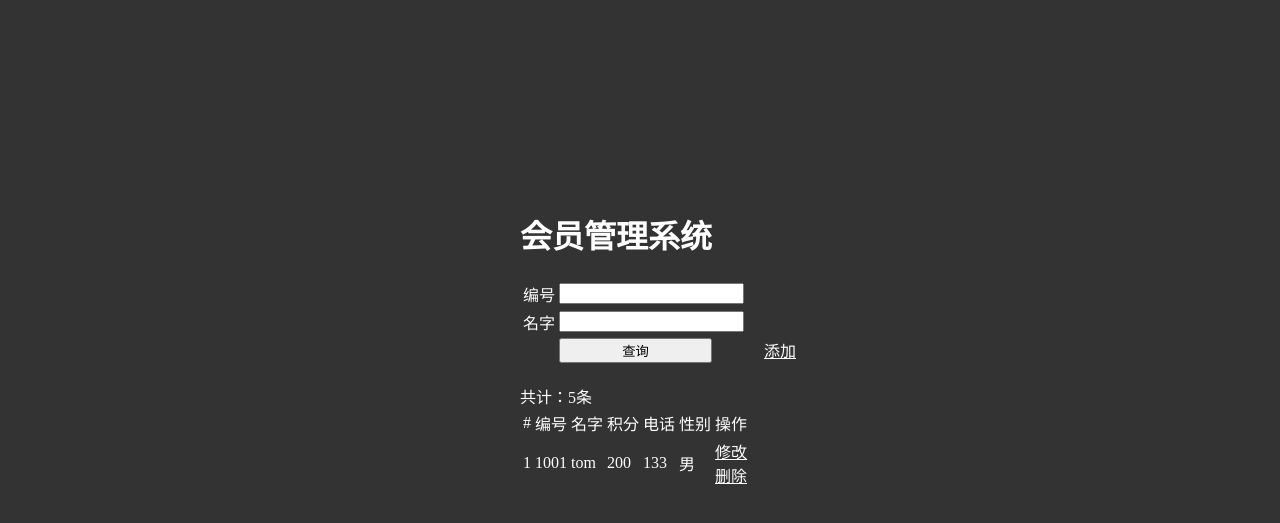
Repository: JasonYan2015/FE-learning-examples
Page: http://localhost/test20160727/home.jsp
The author's editor kept a copy of each file at every save. The page is drawn from the files as they stood at one save, then again after the next save.
The browser window is 1280 px wide. The pictures show the whole page.
The page is served by Tomcat 9.

Above is the page before, as saved 2016-07-27 08:02:43.

After the next save:
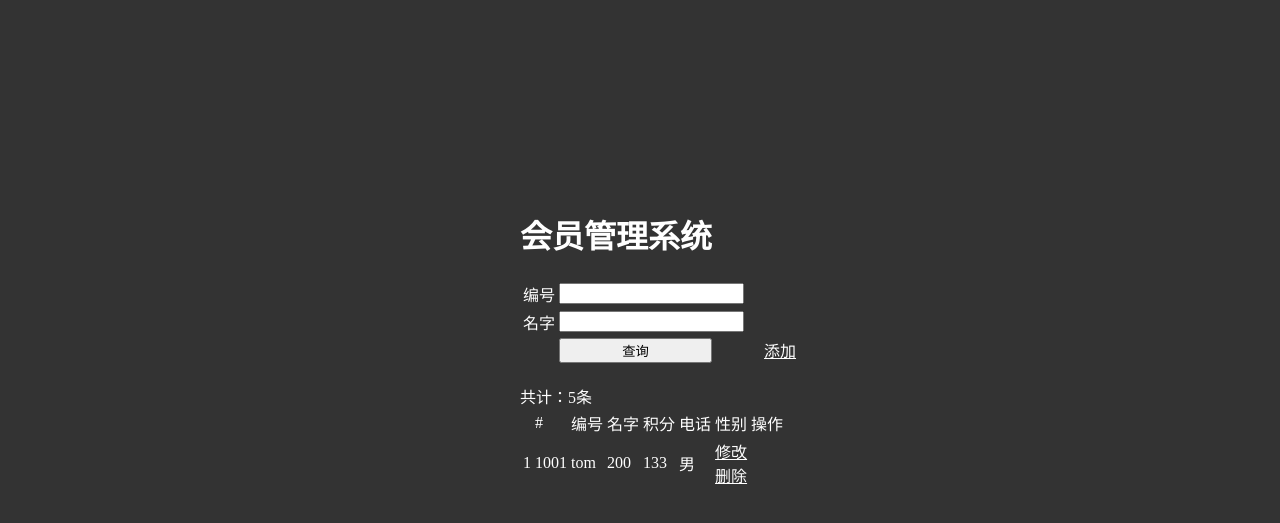
Saved 17 h 13 min later.
--- a/eclipse/test20160727/WebContent/home.jsp
+++ b/eclipse/test20160727/WebContent/home.jsp
@@ -44,8 +44,8 @@
 
 	<br>
 	共计：5条
-		<table>
-			<tr>
+		<table style="border: 1px;">
+			<th>
 				<td>#</td>
 				<td>编号</td>
 				<td>名字</td>
@@ -53,7 +53,7 @@
 				<td>电话</td>
 				<td>性别</td>
 				<td>操作</td>
-			</tr>
+			</th>
 			<tr>
 				<td>1</td>
 				<td>1001</td>
